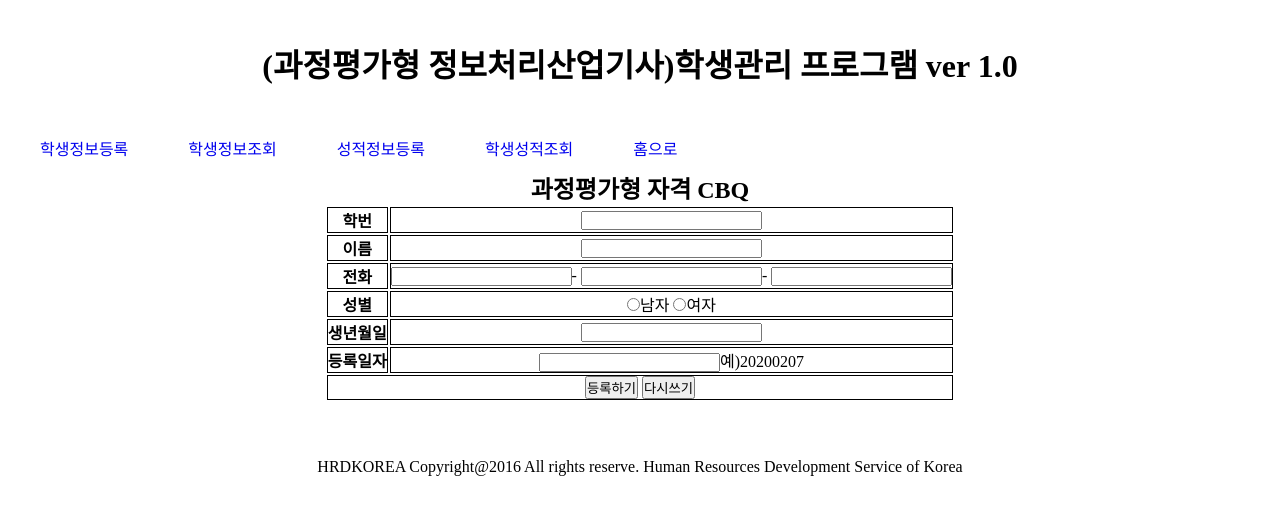
Repository: SeolhwaPark/JSL40_HRDKOREA
Page: http://localhost/HRD_0428_02/insert.jsp
These files come from the project's save history. The page is drawn as it stood at one moment and after the next save; the edit follows.
The browser window is 1280 px wide. The pictures show the whole page.
The page is served by Tomcat 9.

Above is the page before, as saved 2020-04-28 11:53:47.

After the next save:
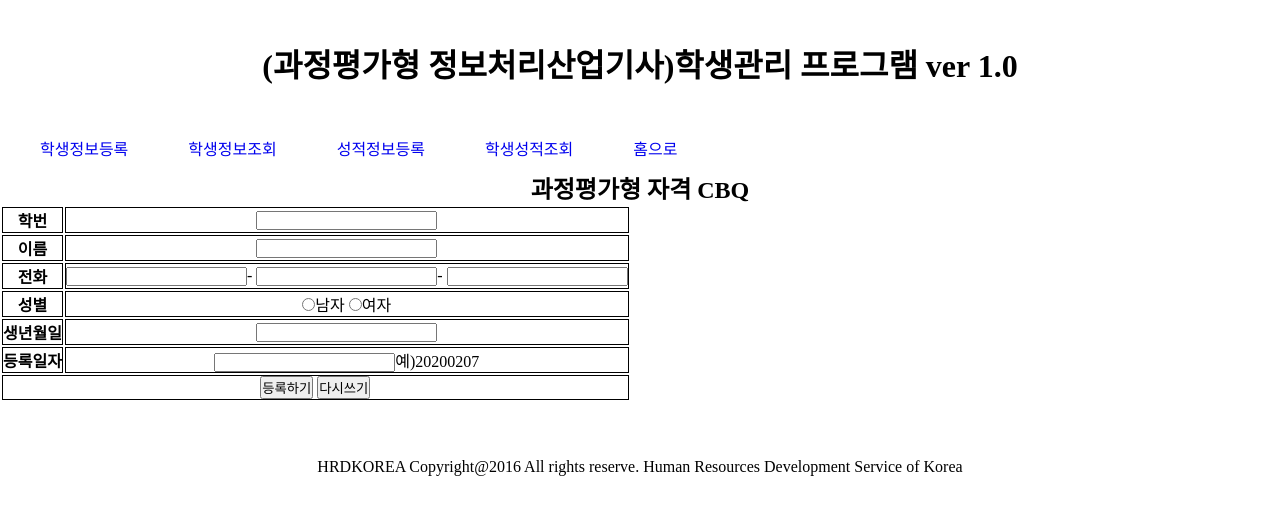
Saved 15 s later.
--- a/HRD_0428_02/WebContent/insert.jsp
+++ b/HRD_0428_02/WebContent/insert.jsp
@@ -19,8 +19,8 @@
 a{padding:20px;text-decoration:none;}
 
 .title{text-align:center;}
-.content{}
-.content table{margin:auto}
+.content{margin:0 auto}
+.content table{}
 .content table th, td{text-align:center;border: 1px solid}
 .btn_group{text-align:center;}
 

After the save that followed:
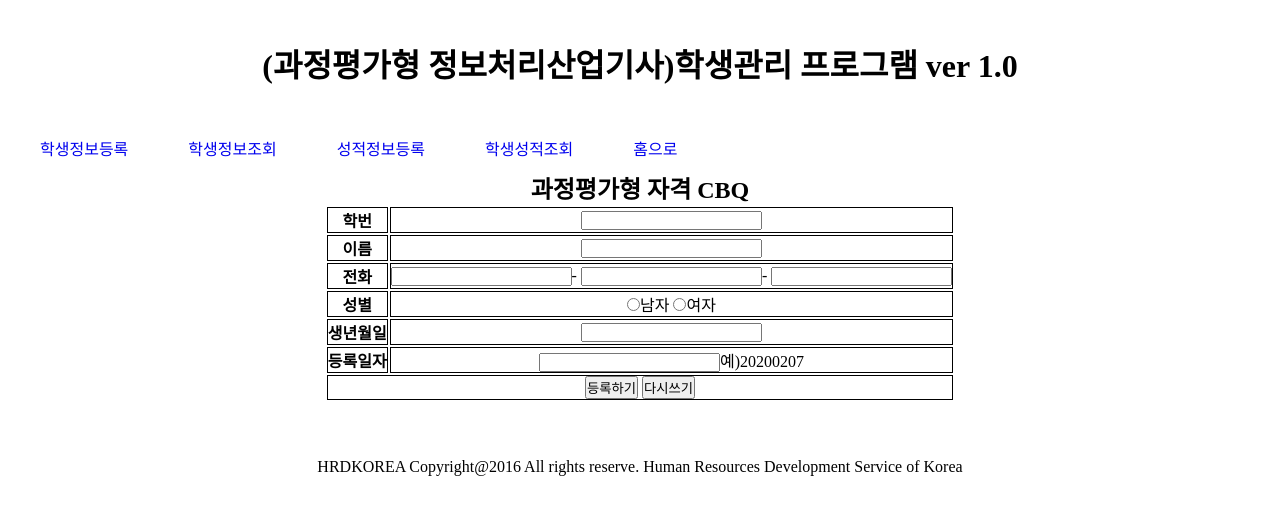
Saved 22 s later.
--- a/HRD_0428_02/WebContent/insert.jsp
+++ b/HRD_0428_02/WebContent/insert.jsp
@@ -19,8 +19,8 @@
 a{padding:20px;text-decoration:none;}
 
 .title{text-align:center;}
-.content{margin:0 auto}
-.content table{}
+.content{margin:0}
+.content table{margin:0 auto}
 .content table th, td{text-align:center;border: 1px solid}
 .btn_group{text-align:center;}
 
@@ -99,7 +99,6 @@
 		<h2 class="title">과정평가형 자격 CBQ</h2>
 		<div class="content">
 
-
 			<form name="insert" method="post" action="insert_pro.jsp">
 				<table>
 					<tr>
